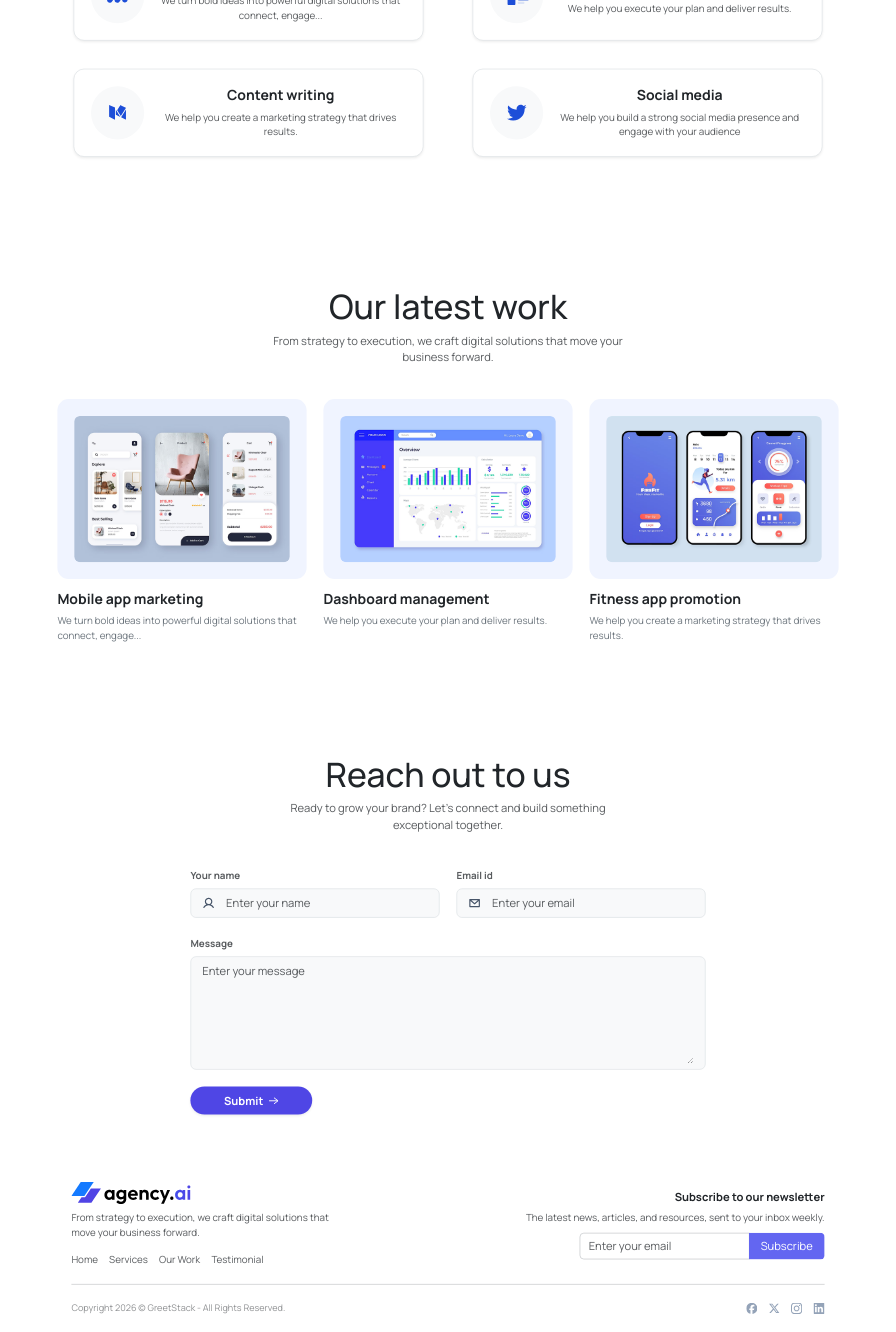
Repository: RAMADAN975/modern-agency-portfolio
Page: /
The author's editor kept a copy of each file at every save. The page is drawn from the files as they stood at one save, then again after the next save.
The browser window is 1280 px wide. The pictures show the part of the page from y = 1553 to 3473 px (the page is 3456 px tall before and 3473 px after), at 70% of full size.
The project was rebuilt for these pictures with package versions that can differ from the ones it lists, and the page was loaded fresh each time. Also part of the build but not shown: vite.config.js.

Above is the page before, as saved 2026-03-24 23:43:03.

After the next save:
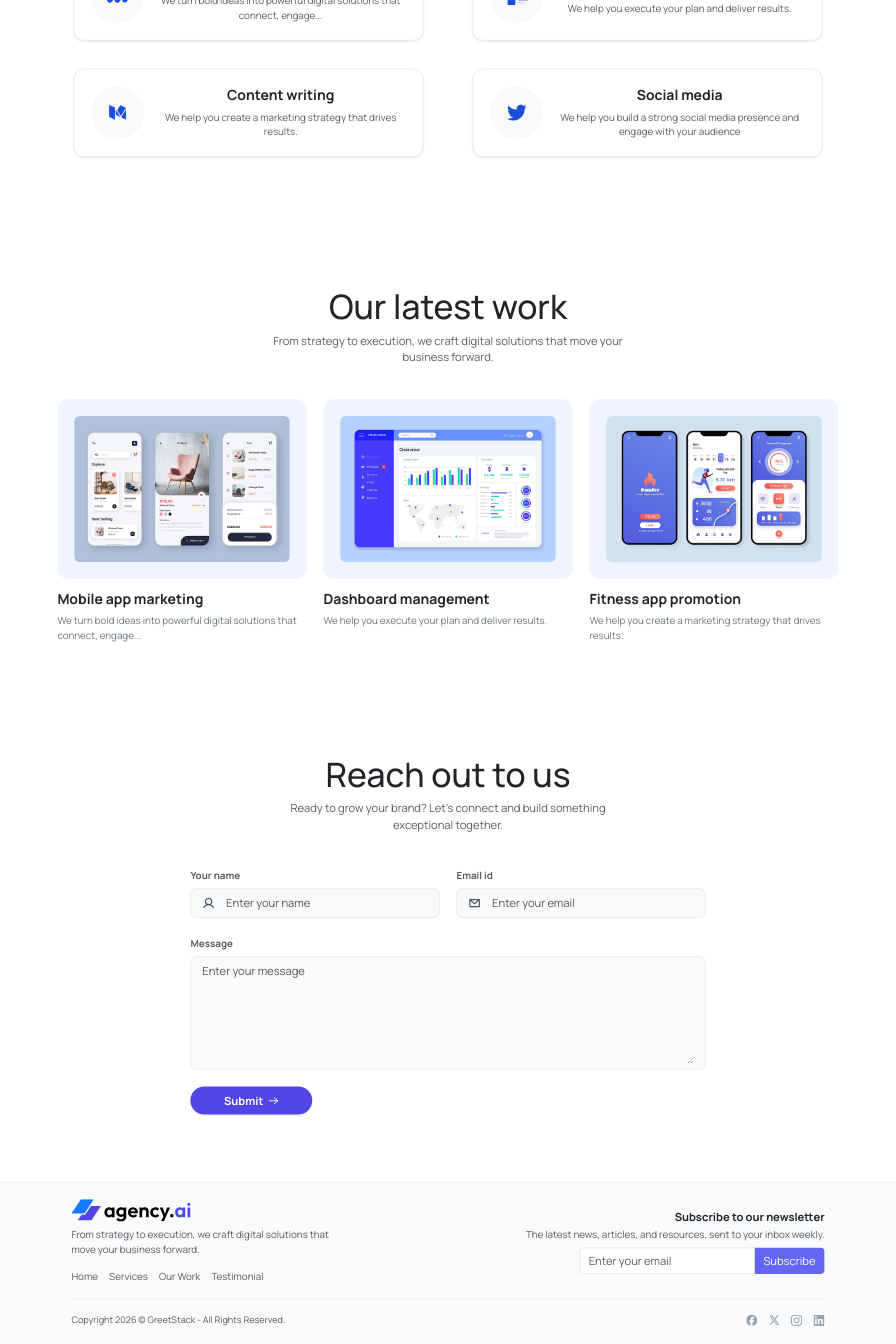
Saved 2 min 18 s later.
--- a/src/Components/Footer.jsx
+++ b/src/Components/Footer.jsx
@@ -3,80 +3,94 @@
 
 const Footer = ({ theme }) => {
     return (
-        <div className={`container-fluid py-4 mt-4 ${theme === 'dark' ? 'bg-dark text-white' : 'bg-white text-dark'}`}>
-            <div className="container" style={{ maxWidth: '1100px' }}>
+        <div
+            className="container-fluid mt-5"
+            style={{
+                backgroundColor: theme === 'dark' ? '#0f172a' : '#f9fafb',
+                borderTop: theme === 'dark'
+                    ? '1px solid rgba(255,255,255,0.1)'
+                    : '1px solid #e5e7eb'
+            }}
+        >
+            <div className="container py-4" style={{ maxWidth: '1100px' }}>
 
                 {/* الجزء العلوي */}
                 <div className="row gy-4 align-items-center">
 
                     {/* اليسار */}
-                    <div className="col-md-6 text-start">
+                    <div className="col-md-6">
                         <img
                             src={theme === 'dark' ? assets.logo_dark : assets.logo}
                             className="mb-2"
-                            alt="GreetStack Logo"
+                            alt="Logo"
                             style={{ height: '32px' }}
                         />
 
-                        <p className="opacity-75 mb-3 small" style={{ maxWidth: '380px' }}>
+                        <p className="text-muted small mb-3" style={{ maxWidth: '380px' }}>
                             From strategy to execution, we craft digital solutions that move your business forward.
                         </p>
 
                         <ul className="list-unstyled d-flex gap-3 mb-0">
-                            <li><a className="text-decoration-none text-reset opacity-75 small" href="#hero">Home</a></li>
-                            <li><a className="text-decoration-none text-reset opacity-75 small" href="#services">Services</a></li>
-                            <li><a className="text-decoration-none text-reset opacity-75 small" href="#our-work">Our Work</a></li>
-                            <li><a className="text-decoration-none text-reset opacity-75 small" href="#testimonials">Testimonial</a></li>
+                            <li><a className="text-decoration-none text-muted small" href="#">Home</a></li>
+                            <li><a className="text-decoration-none text-muted small" href="#">Services</a></li>
+                            <li><a className="text-decoration-none text-muted small" href="#">Our Work</a></li>
+                            <li><a className="text-decoration-none text-muted small" href="#">Testimonial</a></li>
                         </ul>
                     </div>
 
                     {/* اليمين */}
-                    <div className="col-md-6 text-md-end text-start">
-                        <div className="d-flex flex-column align-items-md-end align-items-start gap-1">
+                    <div className="col-md-6 text-md-end">
+                        <h6 className="fw-semibold mb-1">
+                            Subscribe to our newsletter
+                        </h6>
 
-                            <h6 className="fw-semibold mb-1">
-                                Subscribe to our newsletter
-                            </h6>
+                        <p className="text-muted small mb-2">
+                            The latest news, articles, and resources, sent to your inbox weekly.
+                        </p>
 
-                            <p className="opacity-75 mb-2 small">
-                                The latest news, articles, and resources, sent to your inbox weekly.
-                            </p>
-
-                            <div className="input-group" style={{ maxWidth: '350px' }}>
-                                <input
-                                    type="email"
-                                    placeholder="Enter your email"
-                                    className={`form-control border-secondary-subtle py-1 shadow-none ${theme === 'dark' ? 'bg-transparent text-white' : ''}`}
-                                    style={{ borderRadius: '6px 0 0 6px' }}
-                                />
-
-                                <button
-                                    className="btn px-3 text-white small"
-                                    style={{ backgroundColor: '#6366f1', borderRadius: '0 6px 6px 0' }}
-                                >
-                                    Subscribe
-                                </button>
-                            </div>
-
+                        <div className="input-group" style={{ maxWidth: '350px', marginLeft: 'auto' }}>
+                            <input
+                                type="email"
+                                placeholder="Enter your email"
+                                className="form-control py-1"
+                                style={{ borderRadius: '6px 0 0 6px' }}
+                            />
+                            <button
+                                className="btn text-white small"
+                                style={{
+                                    backgroundColor: '#6366f1',
+                                    borderRadius: '0 6px 6px 0'
+                                }}
+                            >
+                                Subscribe
+                            </button>
                         </div>
                     </div>
                 </div>
 
-                {/* خط فاصل */}
-                <hr className="my-4 opacity-25" />
+                {/* خط بدل hr (أجمل) */}
+                <div
+                    style={{
+                        height: '1px',
+                        background: theme === 'dark'
+                            ? 'rgba(255,255,255,0.1)'
+                            : '#e5e7eb',
+                        margin: '20px 0'
+                    }}
+                />
 
                 {/* الجزء السفلي */}
                 <div className="d-flex flex-column flex-md-row justify-content-between align-items-center gap-2">
 
-                    <p className="mb-0 opacity-50" style={{ fontSize: '13px' }}>
+                    <p className="mb-0 text-muted" style={{ fontSize: '13px' }}>
                         Copyright 2026 © GreetStack - All Rights Reserved.
                     </p>
 
                     <div className="d-flex gap-3">
-                        <img src={assets.facebook_icon} alt="Facebook" style={{ width: '16px', cursor: 'pointer', opacity: 0.7 }} />
-                        <img src={assets.twitter_icon} alt="Twitter" style={{ width: '16px', cursor: 'pointer', opacity: 0.7 }} />
-                        <img src={assets.instagram_icon} alt="Instagram" style={{ width: '16px', cursor: 'pointer', opacity: 0.7 }} />
-                        <img src={assets.linkedin_icon} alt="LinkedIn" style={{ width: '16px', cursor: 'pointer', opacity: 0.7 }} />
+                        <img src={assets.facebook_icon} alt="" style={{ width: '16px', opacity: 0.6 }} />
+                        <img src={assets.twitter_icon} alt="" style={{ width: '16px', opacity: 0.6 }} />
+                        <img src={assets.instagram_icon} alt="" style={{ width: '16px', opacity: 0.6 }} />
+                        <img src={assets.linkedin_icon} alt="" style={{ width: '16px', opacity: 0.6 }} />
                     </div>
 
                 </div>
